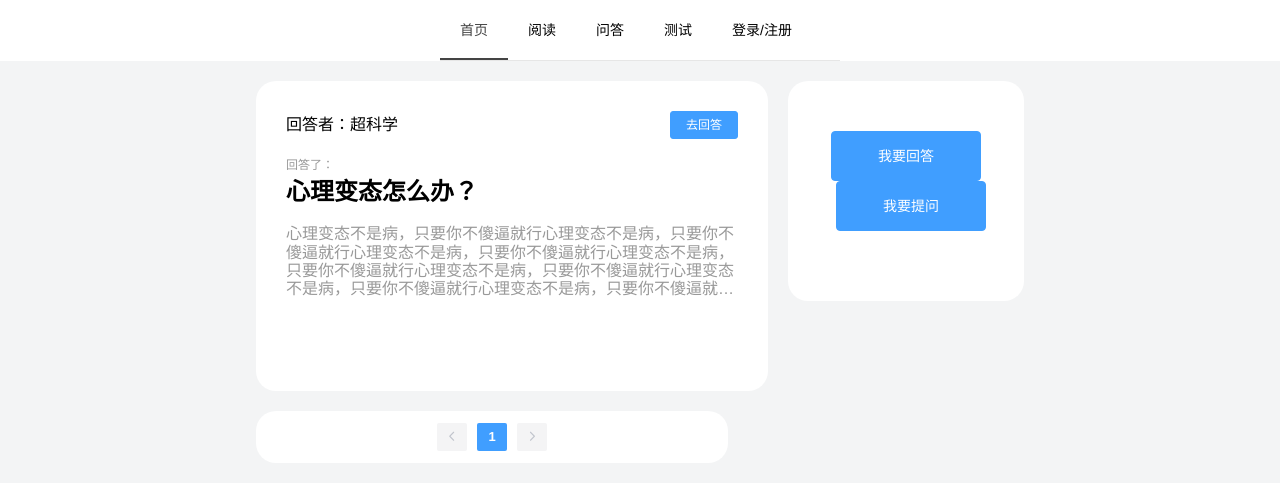
Repository: shengligo/xyx_vue_v1
Page: /qs
The author's editor kept a copy of each file at every save. The page is drawn from the files as they stood at one save, then again after the next save.
The browser window is 1280 px wide. The pictures show the whole page.
The page's requests for data from a server got no answer. The project was rebuilt for these pictures with package versions that can differ from the ones it lists, and the page was loaded fresh each time. No one was signed in, and anything a server would have sent is missing. Also part of the build but not shown: vue.config.js, src/views/home/childComps/Art.vue, src/views/author/authors.vue, src/views/questions/QuestionDetail.vue.

Above is the page before, as saved 2021-09-04 17:43:52.

### public/index.html
<!DOCTYPE html>
<html lang="">
  <head>
    <meta charset="utf-8">
    <meta http-equiv="X-UA-Compatible" content="IE=edge">
    <meta name="viewport" content="width=device-width,initial-scale=1.0">
    <link rel="icon" href="<%= BASE_URL %>favicon.ico">
    <title>project0000001</title>
  </head>
  <body>
    <noscript>
      <strong>We're sorry but <%= htmlWebpackPlugin.options.title %> doesn't work properly without JavaScript enabled. Please enable it to continue.</strong>
    </noscript>
    <div id="app"></div>
    <!-- built files will be auto injected -->
  </body>
</html>

### src/main.js
import Vue from 'vue'
import App from './App.vue'
import router from './router'
import store from './store'
import 'element-ui/lib/theme-chalk/index.css';
import axios from "axios";
axios.defaults.baseURL = "/api"; // http://10.1.2.85:8091/essay
axios.defaults.headers.common["Content-Type"] ="application/json;charset=UTF-8";
axios.defaults.withCredentials = true // 表示跨域请求时是否需要使用凭证
Vue.prototype.$ajax = axios;
import ElementUI from 'element-ui'

Vue.config.productionTip = false
Vue.use(ElementUI)

new Vue({
  router,
  store,
  render: h => h(App)
}).$mount('#app')

### src/App.vue
<template>
  <div id="app">
    <nav-bar ></nav-bar>
    <!-- <carousel></carousel> -->
    <!-- <art></art> -->


    <router-view></router-view>

  </div>
</template>
<script>

import NavBar from './components/common/NavBar'
import Art from '@/views/home/childComps/Art'
// import Carousel from '@/components/common/Carousel'


export default {
  name: "app",
  components:{
    NavBar,
    Art,




  }
};
</script>



<style>
@import url('assets/css/normalize.css');
#app{
  font-family: "Helvetica Neue",Helvetica,"PingFang SC","Hiragino Sans GB","Microsoft YaHei","微软雅黑",Arial,sans-serif;
}



</style>

### src/router/index.js

import Vue from 'vue'
import VueRouter from 'vue-router'
import Write from '../views/author/authors.vue'
import quesDetail from '../views/questions/QuestionDetail.vue'

const Home = () => import('../views/home/Home')

const Question = () => import('../views/questions/Question')
const Read = () => import('../views/read/Read')
const ReadDetail = () => import('../views/read/ReadDetail')
const Test = () => import('../views/testing/Test')
const Login = () => import('../components/common/login/Login')
const originalPush = VueRouter.prototype.push

VueRouter.prototype.push = function push(location) {
  return originalPush.call(this, location).catch(err => err)
}
// fksdljfkjdsjflsdjlfja
Vue.use(VueRouter)

const routes = [
  {
    path: '/',
    name: 'Home',
    component: Home
  },
  {
    path: '/write',
    component: Write
  },
  // {
  //   path: '/home',
  //   name: 'Home',
  //   component: Home
  // },
  {
    path: '/quesDetail/:id',
    name: 'quesDetail',
    component: quesDetail
  },
  {
    path:'/qs',
    name:'Qs',
    component:Question
  },
  {
    path:'/read',
    name:'Read',
    component:Read,
  },
  {
    path: '/ReadDetail',
      name: 'ReadDetail',
      component:ReadDetail,
  },
  {
    path:'/test',
    name:'Test',
    component:Test
  },
  {
    path:'/login',
    name:'Login',
    component:Login
  }
]

const router = new VueRouter({
  mode: 'history',
  base: process.env.BASE_URL,
  routes
})

export default router

### src/store/index.js
import Vue from 'vue'
import Vuex from 'vuex'

Vue.use(Vuex)

export default new Vuex.Store({
  state: {
    activeIndex:'1',
    baceUrl: 'http://10.1.2.85:8091/'
  },
  mutations: {
    ChangeActive (state,index) {
      // console.log(state,index)
      state.activeIndex = index
    }
  },
  actions: {
  },
  modules: {
  }
})

### src/components/common/NavBar.vue
<template>
  <div>
     <div class="nav">

       <el-menu
          :default-active="$store.state.activeIndex"
          class="el-menu-demo"
          mode="horizontal"
          text-color="#000000"
          active-text-color="#444444"
        >
          <el-menu-item index="1" @click="itemclick">首页</el-menu-item>
          <el-menu-item index="2" @click="itemclick2">阅读</el-menu-item>
          <el-menu-item index="3" @click="itemclick3">问答</el-menu-item>
          <el-menu-item index="4" @click="itemclick4">测试</el-menu-item>
          <el-menu-item index="5" @click="itemclick5">登录/注册</el-menu-item>
        </el-menu>

     </div>

  </div>
</template>

<script>


export default {

  name: "navbar",
  data() {
    return {
    }
  },
  methods:{
    itemclick(){
      console.log('itemclick');
      this.$router.push("/")
    },
    itemclick2(){
      this.$router.push("/read")
    },
    itemclick3(){
      this.$router.push("./qs")
    },
    itemclick4(){
      this.$router.push('./test')
    },
    itemclick5(){
      this.$router.push('/login')
    }

  },

};
</script>

<style scoped>
.nav{

  margin: 0 auto;
  /* background-color: rgba(217, 221, 221, 0.918);
   */
   /* background-color: #5880A9; */
  padding: 0;


}
.nav>.el-menu{
  width: 400px;
  margin: 0 auto;
  /* background-color: rgba(217, 221, 221, 0.918); */
}

</style>

### src/views/questions/Question.vue
<template>
  <div id="question">
    <div class="bodyCenter">
      <div class="bodyright">
        <div v-for="(item, index) in results" :key="index" class="rightbox" @click="goAnswer(item.quizId)">
          <div>
            <div class="answerer">
              <span>回答者：{{ item.answerer }}</span>
              <el-button type="primary" size="mini">去回答</el-button>
            </div>
            <div class="time">{{item.createTime}} 回答了：</div>
            <h2 class="title">{{ item.title }}</h2>
            <div class="answerContent">{{ item.answerContent }}</div>
          </div>
        </div>
        <div class="pagination">
          <el-pagination
          :current-page="condition.pageNum"
          :page-size="condition.pageSize"
          @current-change="handleCurrentChange"
          background layout="prev, pager, next"
          :total="condition.total">
          </el-pagination>
        </div>
      </div>


      <div class="bodyleft">
        <div class="leftbox">
          <div class="leftboxbutton">
            <el-button type="primary">我要回答</el-button>
            <el-button type="primary">我要提问</el-button>
          </div>
        </div>
      </div>
    </div>
  </div>
</template>

<script>
export default {
  name: "question",
  data() {
    return {
      total:1,
      results: [
        {
          title: "心理变态怎么办？",
          quizzer: "花开富贵",
          quizContent: "心理超级变态是不是没救了",
          quizType: null,
          status: null,
          label: null,
          total:10,
          answerer: "超科学",
          answerContent:
            "心理变态不是病，只要你不傻逼就行心理变态不是病，只要你不傻逼就行心理变态不是病，只要你不傻逼就行心理变态不是病，只要你不傻逼就行心理变态不是病，只要你不傻逼就行心理变态不是病，只要你不傻逼就行心理变态不是病，只要你不傻逼就行心理变态不是病，只要你不傻逼就行心理变态不是病，只要你不傻逼就行",
          likePoint: 0
        }
      ],
      condition:{
        pageNum:1,
        pageSize:5,
        total:1
      }
    };
  },
  mounted() {
    this.getData();
  },
  methods: {
    async getData() {
      var params = {
        pageNum:1,
        pageSize:10
      };
      // $ajax请求
      const url = "quiz/getAnswerList";
      await this.$ajax
        .get(url, {params})
        .then(res => {
          const { data } = res;
          console.log(data);
          if (data.code === "000000") {
            // this.$message.success("加载完成");
            console.log(data,'data.totalRecord');
            this.condition.total = data.data.totalRecord || 0
            this.condition.pageNum = data.data.pageNum || 0
            this.condition.pageSize = data.data.pageSize || 0
            console.log(this.condition.pageSize ,'this.condition.total ');
            this.results =  data.data.results || []
          } else {
            this.$message.error("暂无权限");
          }
        })
        .catch(() => {
          this.$message.error("网络异常");
        });
    },
    goAnswer(id) {
      this.$router.push(`/quesDetail/${id}`)
    },
    handleCurrentChange() {

    }
  }
};
</script>

<style scoped>
#question {
  width: 100%;
  height: 100%;
  padding-top: 20px;
  background-color: rgb(243, 244, 245);
}
.bodyCenter {
  width: 60%;
  /* height: 500px; */
  margin: 0 auto;
  display: flex;
  /* border: 1px solid red; */
}
.bodyright {
  /* border: 1px solid blue; */
  /* width: 40%; */
  flex: 2;
  /* height: 500px; */
}
.bodyleft {
  /* border: 1px solid blue; */
  /* width: 20%; */
  flex: 1;
  /* height: 500px; */
}
.rightbox {
  height: 250px;
  width: calc(100% - 60px);
  padding: 30px;
  margin-bottom: 20px;
  border-radius: 20px;
  background-color: #fff;
}
.answerer {
  display: flex;
  justify-content: space-between;
  line-height: 28px;
}
.time {
  margin-top: 20px;
  font-size: 12px;
  color: #999;
}
.title {
  margin-top: 5px;
}
.answerContent {
  color: #999;
  overflow:hidden;
  display: -webkit-box;
  -webkit-line-clamp: 4;
  -webkit-box-orient: vertical;
}
.leftbox {
  margin-left: 20px;
  padding: 50px 10px;
  height: 120px;
  border-radius: 20px;
  background-color: #fff;
}
.leftboxbutton {
  text-align: center;
}
.leftboxbutton button {
  width: 150px;
  height: 50px;
}
.pagination {
  width: calc(100% - 60px);
  padding: 10px;
  text-align: center;
  margin-bottom: 20px;
  border-radius: 20px;
  background-color: #fff;
}
</style>

Loaded but not shown: src/assets/css/normalize.css (library)

After the next save:
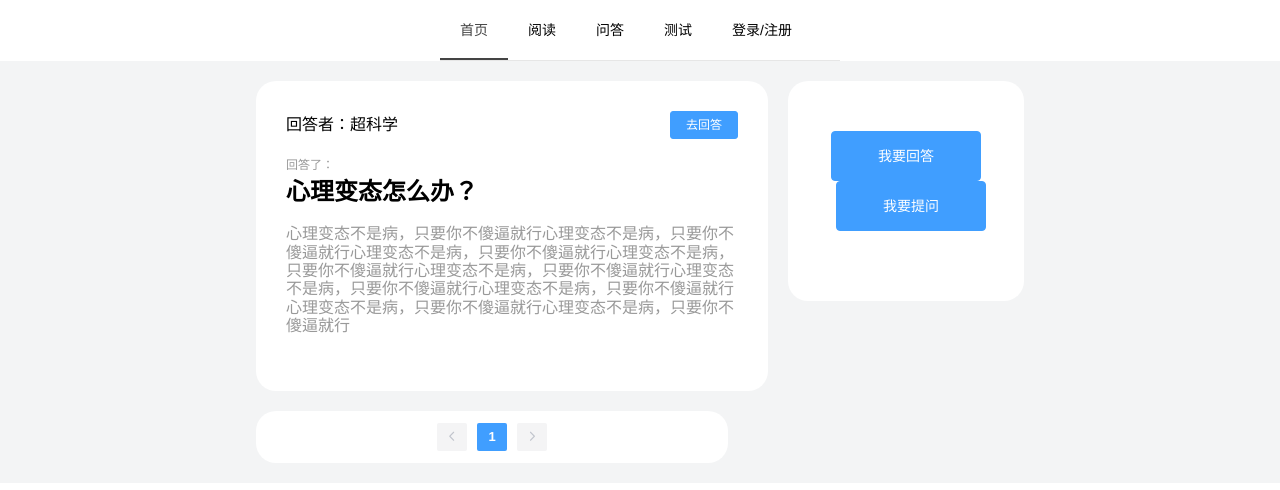
Saved 13 s later.
--- a/src/views/questions/Question.vue
+++ b/src/views/questions/Question.vue
@@ -158,7 +158,7 @@ export default {
   color: #999;
   overflow:hidden;
   display: -webkit-box;
-  -webkit-line-clamp: 4;
+  -webkit-line-clamp: 8;
   -webkit-box-orient: vertical;
 }
 .leftbox {
